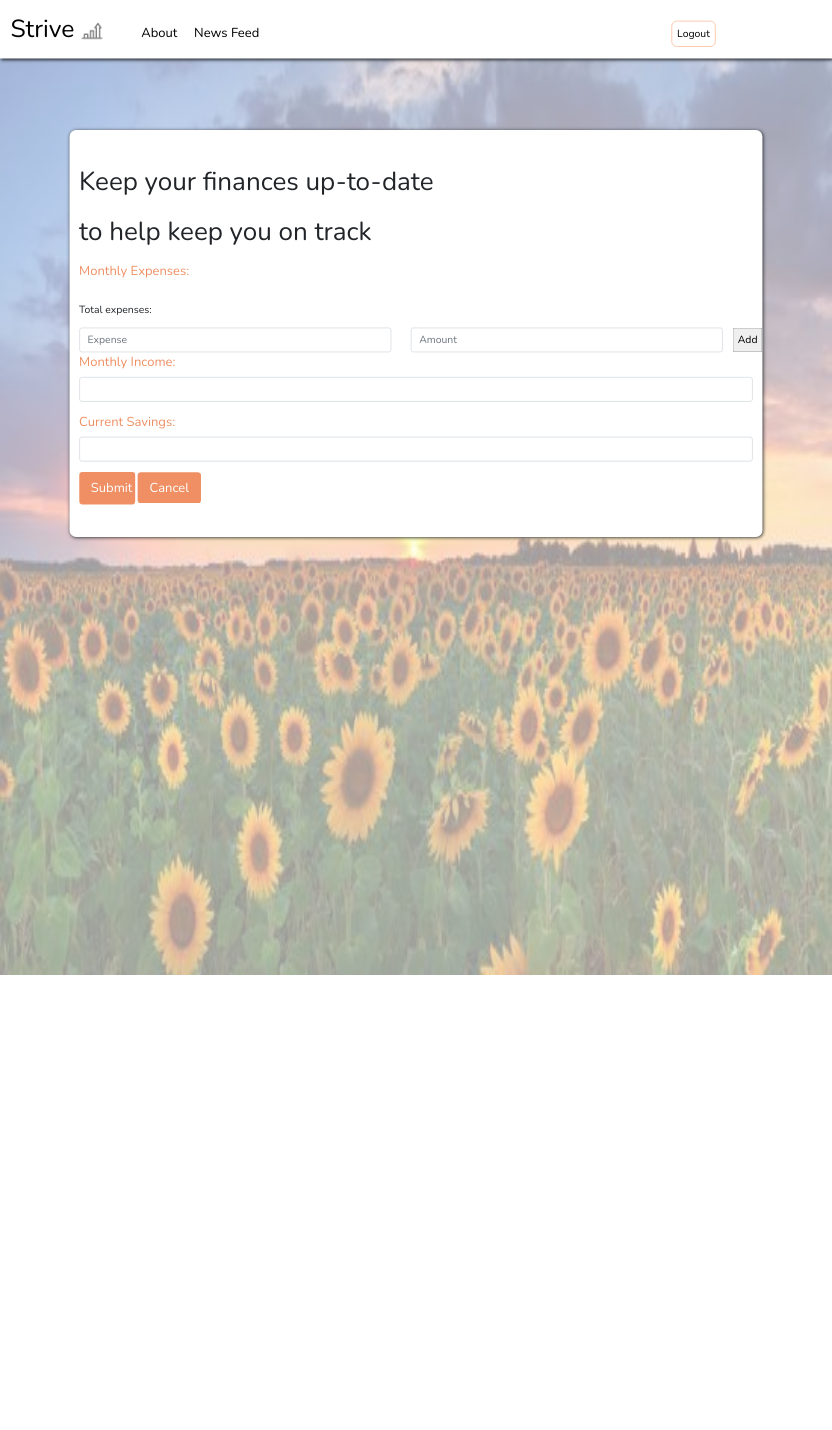
Repository: NoraOK/Strive
Page: http://localhost/strive/WEB-INF/strive/ie.jsp
An editor plug-in stored every save of this project. The page is shown before and after the next save, followed by the edit.
The browser window is 1280 px wide. The pictures show the whole page, at 65% of full size.
The page is served by Tomcat 9. Nobody is signed in. Other server files are loaded and not shown. The template is opened directly, without the code that normally fills it, so the values that code supplies are empty.

Above is the page before, as saved 2019-12-20 18:30:15.

### strive/src/main/webapp/WEB-INF/strive/ie.jsp
<%@ page language="java" contentType="text/html; charset=UTF-8"
	pageEncoding="UTF-8"%>
<%@ taglib prefix="form" uri="http://www.springframework.org/tags/form"%>
<%@ taglib prefix="c" uri="http://java.sun.com/jsp/jstl/core"%>
<%@ taglib prefix = "fmt" uri = "http://java.sun.com/jsp/jstl/fmt" %>

<!DOCTYPE html>

<html>
<head>
<meta charset="UTF-8">
<title>Strive | Personal Finances</title>
	<link rel="stylesheet"
	href="https://stackpath.bootstrapcdn.com/bootstrap/4.3.1/css/bootstrap.min.css"
	integrity="sha384-ggOyR0iXCbMQv3Xipma34MD+dH/1fQ784/j6cY/iJTQUOhcWr7x9JvoRxT2MZw1T"
	crossorigin="anonymous">
	<link href="/css/ie.css" rel="stylesheet" type="text/css" />
	<link href="https://fonts.googleapis.com/css?family=Nunito:200,400,700&display=swap" rel="stylesheet">
</head>
<body>
	<div>
		<jsp:include page="header.jsp"/>
	</div>
	<div class="body">
		<img src="/images/flowers.jpg">
		<div class="container col-10 spotlight">
		<p class="h11">Keep your finances up-to-date</p>
		<p class="h11">to help keep you on track</p>
		<p class="label">Monthly Expenses:</p>
		<table class="table col-4">
			<tbody>

				<c:forEach items="${user.user_expenses}" var="userExpense">
					<tr>
					<td><c:out value="${userExpense.name}"/></td>
					<td><fmt:formatNumber value="${userExpense.amount}" type="currency"/></td>
					<td>
						<form action="/deleteUserExpense/${userExpense.id}" method="post">
							<input type="hidden" name="_method" value="delete">
							<input type="submit" value="Delete">
						</form>
					</td>
					</tr>
				</c:forEach>
			</tbody>
		</table>
		<p >Total expenses: <fmt:formatNumber value="${user.totalUserExpense}" type="currency"/></p>
		<form:form action="/addUserExpense" method="post" modelAttribute="userExpense" class="row">
			<form:hidden path="user" value="${user.id}"/>
			<div class="col">
				<form:input path="name" type="text" class="form-control" placeholder="Expense"/>
			</div>
			<div class="col">
				<form:input path="amount" type="text" class="form-control" placeholder="Amount"/>
			</div>
				<input type="submit" value="Add"/>
		</form:form>
		<form action="/strive/updateFinances" method="post">
			<p>
				<label class="label">Monthly Income: </label>
				<input name="currentIncome" type="number" class="form-control" />
			</p>
			<p>
				<label class="label">Current Savings: </label>
				<input name="currentBalance" type="number" class="form-control" />
			</p>

			<input class="button1 btn-lg col-1" type="submit" value="Submit" />
			<a class="button1 btn-lg" href="/home">Cancel</a>
		</form>
		</div>
	</div>
</body>
</html>

### strive/src/main/webapp/WEB-INF/strive/header.jsp
<%@ page language="java" contentType="text/html; charset=UTF-8"
    pageEncoding="UTF-8"%>
<%@ taglib prefix="c" uri="http://java.sun.com/jsp/jstl/core"%>

<!DOCTYPE html>
<html>
<head>
<meta charset="UTF-8">
<title>Insert title here</title>
	<link rel="stylesheet" href="https://stackpath.bootstrapcdn.com/bootstrap/4.3.1/css/bootstrap.min.css" integrity="sha384-ggOyR0iXCbMQv3Xipma34MD+dH/1fQ784/j6cY/iJTQUOhcWr7x9JvoRxT2MZw1T" crossorigin="anonymous">
	<link href="/css/header.css" rel="stylesheet" type="text/css"/>
	<link href="https://fonts.googleapis.com/css?family=Nunito&display=swap" rel="stylesheet">
</head>
<body>
	<header class="p-3">
		<div class="logo d-inline">
			<a class="d-inline strive" href="/">Strive <img class="header_img" src="/images/icon2.png" alt=""></a>
			<div class="d-inline links pl-5">
				<a class="d-inline link" href="">About</a>
				<a class="d-inline link pl-3" href="/feed">News Feed</a>
				<c:choose>
					<c:when test="${user.goals.size() > 0}">
						<a class="d-inline link pl-3" href="/allGoals">Your Goals</a>
					</c:when>
				</c:choose>
			</div>
		</div>
		<div class="buttons d-inline">
			<a href="/logout" class="logout_button">Logout</a>
		</div>
	</header>
</body>
</html>

### strive/src/main/resources/static/css/ie.css
.body {
	padding-top: 200px;
    position: relative;
    overflow: hidden;
    height: 2200px;
    font-family:'Nunito', sans-serif;

}

.body img {
	background-color: rgba(232,114,17,1.0);
    position: absolute;
    left: 0;
    top: 0;
    width: 100%;
    height: 1500px;
    opacity: 0.4;
}

.spotlight{
	background-color: white;
	border-radius: 10px;
	box-shadow: 1px 1px 6px;
	padding: 50px;
	padding-left: 50px;

}

.h11{
	font-size: 40px;
	font-weight: 200;

}

.label{
	color: #EF8F63;
	font-weight: 500;
	font-size: 20px;
}

.button1{
	border:2px solid #EF8F63 ;
	border-radius: 8px;
	background-color: #EF8F63;
 	padding: 12px 25px;
 	color: white;
 	width: 100%
}

.button1:hover{
	border:2px solid #F9AD86 ;
	border-radius: 8px;
	background-color: #F9AD86;
 	padding: 12px 25px;
 	color: white;
 	width: 100%

}

### strive/src/main/resources/static/css/header.css
header{
	box-shadow: 2px 2px 5px;
	height: 90px;
	z-index: 10;
    position: fixed;
    width: 100%;
    font-family:'Nunito', sans-serif;
    background-color: white;
}
.strive{
	text-decoration: none;
	color: black;
}

.logo{
	font-size: 38px;

}
.header_img{
	background-color: white;
	width: 35px;
	opacity: .5;
}

.button{
	font-size: 17px;
	color: black;
}

.link {
	font-size: 20px;
	color: black;
}

a:link {
  text-decoration: none;
}

a:visited {
  text-decoration: none;
}

a:hover {
  text-decoration: none;
}

.logout_button{
	border: solid 1.5px #F9AD86;
	border-radius: 8px;
	padding:  8px;
	color: black;
}

.logout_button:hover {
	background-color: #F9AD86;
	color: white;
}

.buttons{
	margin-left: 50%;
}

.home_button{
	color: black;
}

After the next save:
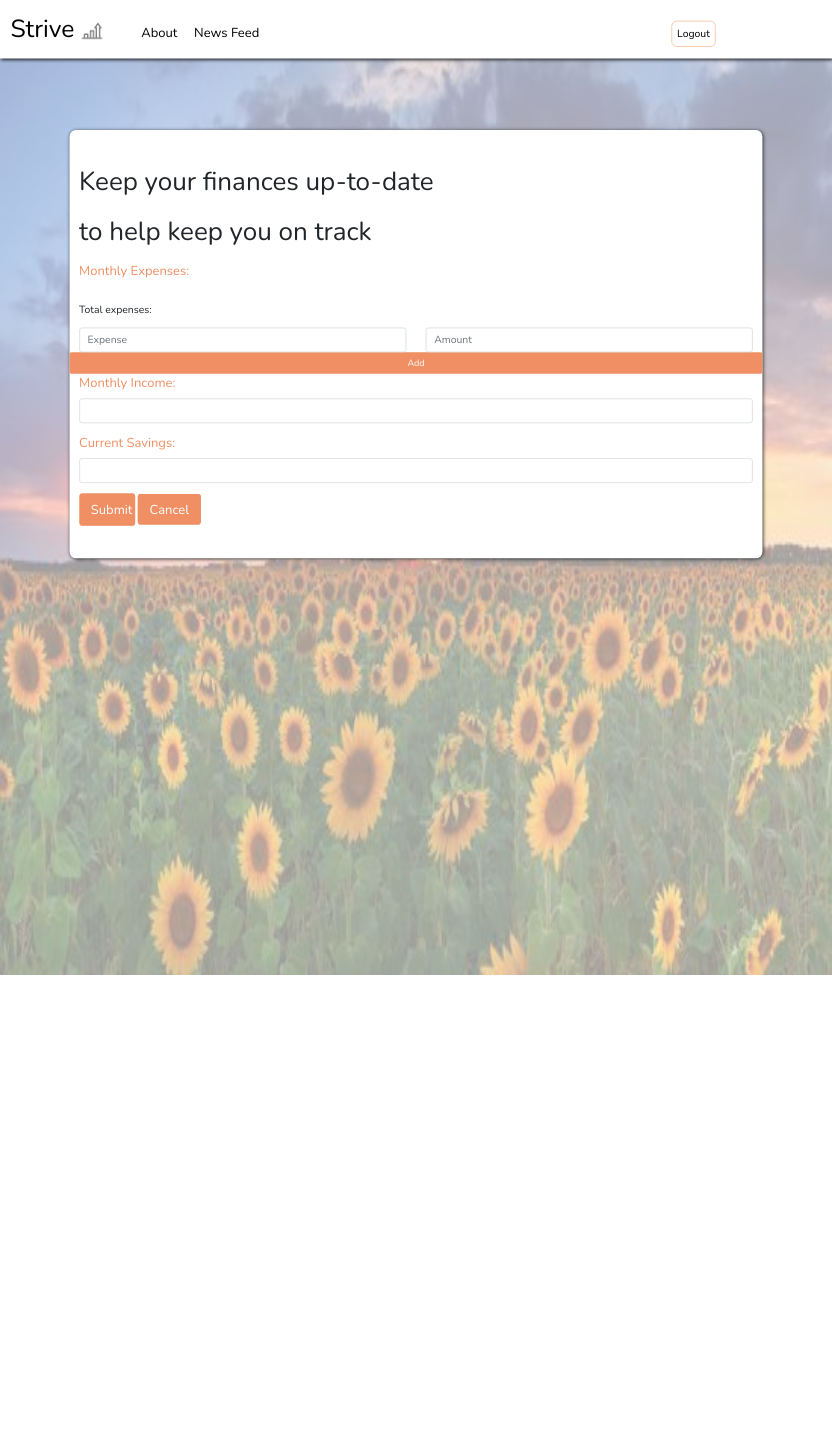
Saved 37 s later.
--- a/strive/src/main/webapp/WEB-INF/strive/ie.jsp
+++ b/strive/src/main/webapp/WEB-INF/strive/ie.jsp
@@ -53,7 +53,7 @@
 			<div class="col">
 				<form:input path="amount" type="text" class="form-control" placeholder="Amount"/>
 			</div>
-				<input type="submit" value="Add"/>
+			<input type="submit" value="Add" class="button1 btn-sm"/>
 		</form:form>
 		<form action="/strive/updateFinances" method="post">
 			<p>

After the 2 saves that followed:
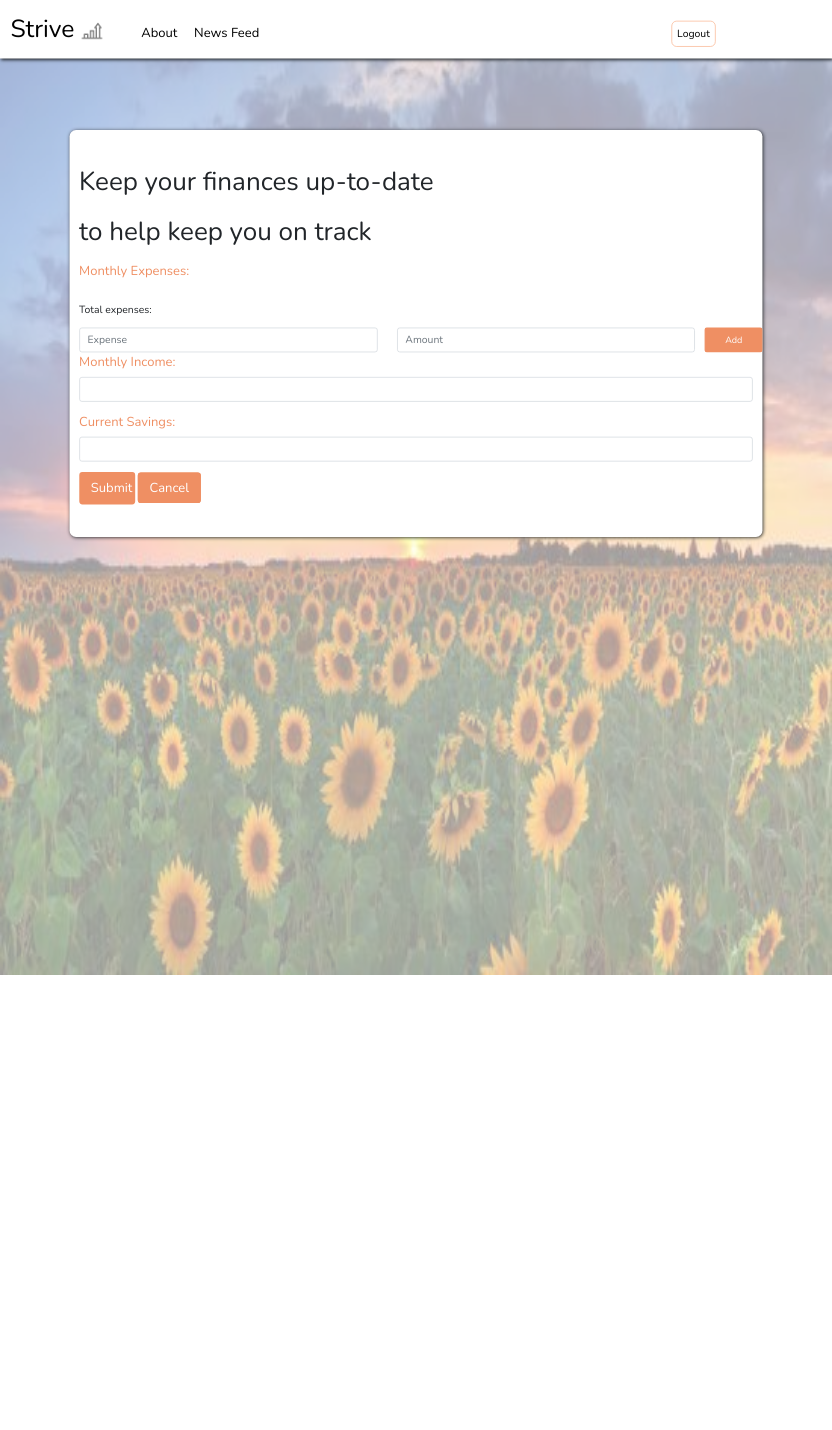
The 2 saves are shown as one change because 1 left the picture as it was.
The last was saved 45 s later.
--- a/strive/src/main/webapp/WEB-INF/strive/ie.jsp
+++ b/strive/src/main/webapp/WEB-INF/strive/ie.jsp
@@ -53,7 +53,7 @@
 			<div class="col">
 				<form:input path="amount" type="text" class="form-control" placeholder="Amount"/>
 			</div>
-			<input type="submit" value="Add" class="button1 btn-sm"/>
+			<input type="submit" value="Add" class="button1 btn-sm col-1"/>
 		</form:form>
 		<form action="/strive/updateFinances" method="post">
 			<p>
